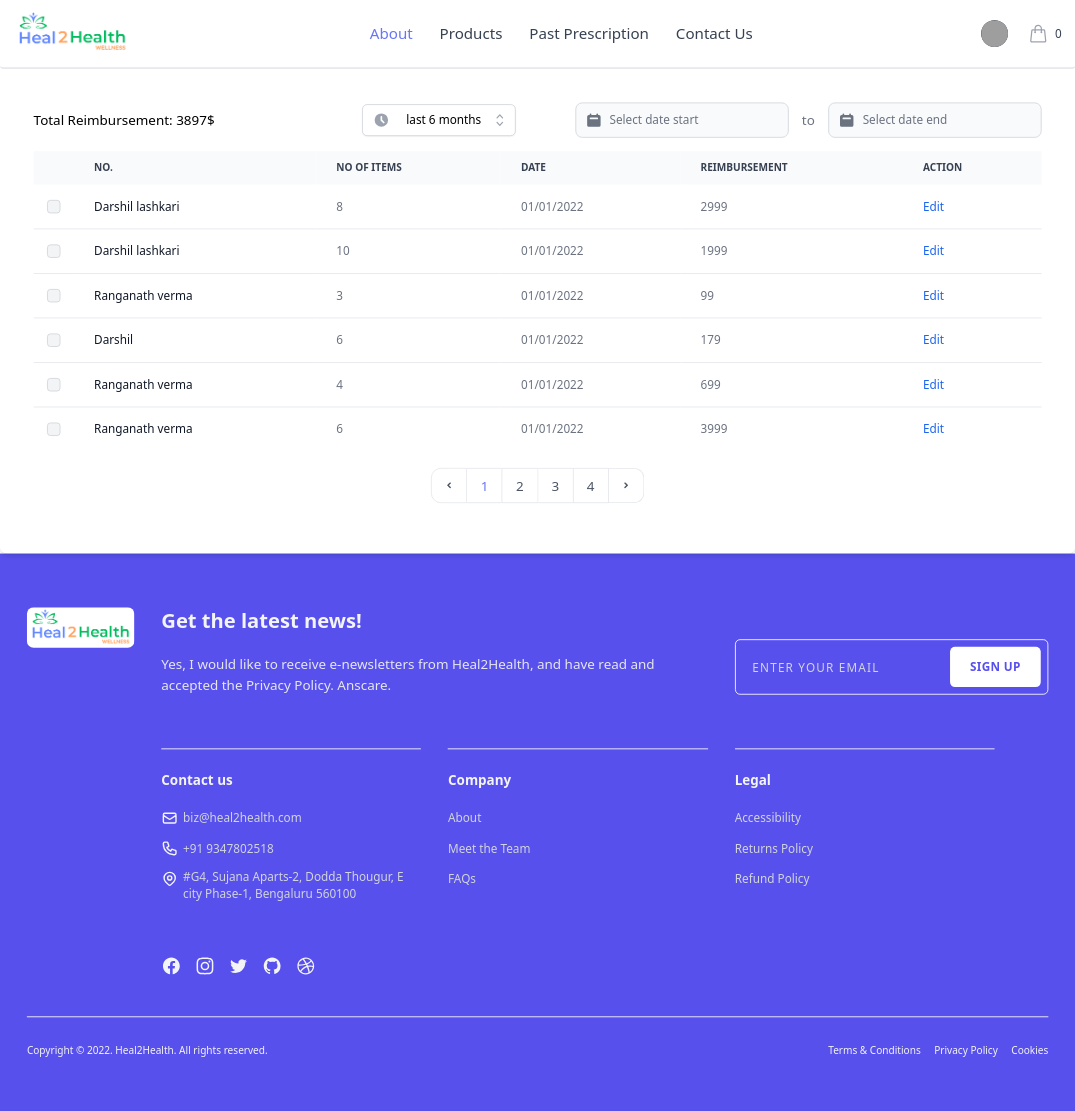
Repository: Akash123-coder/H2H
Page: /pastprescription (app in Frontend/)
These files come from the project's save history. The page is drawn as it stood at one moment and after the next save; the edit follows.
The browser window is 1280 px wide. The pictures show the whole page, at 84% of full size.
Pictures or frames that could not be fetched are drawn as grey boxes. The project was rebuilt for these pictures with package versions that can differ from the ones it lists, and the page was loaded fresh each time. Also part of the build but not shown: Frontend/vite.config.ts, Frontend/src/pages/About.tsx, Frontend/src/components/Cta.jsx, Frontend/src/pages/Home.jsx, Frontend/src/components/Product.tsx, Frontend/src/pages/Prescription.jsx, Frontend/src/pages/SignUp.jsx, Frontend/src/pages/Login.jsx and 1 more.

Above is the page before, as saved 2022-10-04 13:29:34.

### Frontend/index.html
<!DOCTYPE html>
<html lang="en">
  <head>
    <meta charset="UTF-8" />
    <link rel="icon" type="image/svg+xml" href="/vite.svg" />
    <meta name="viewport" content="width=device-width, initial-scale=1.0" />
    <title>Heal2Health</title>
  </head>
  <body>
    <div id="root"></div>
    <script type="module" src="/src/main.tsx"></script>
  </body>
</html>

### Frontend/src/main.tsx
import React from 'react'
import ReactDOM from 'react-dom/client'
import App from './App'
import './index.css'
import {BrowserRouter} from 'react-router-dom'

ReactDOM.createRoot(document.getElementById('root') as HTMLElement).render(
  <React.StrictMode>
    <BrowserRouter>
    <App />
    </BrowserRouter>
  </React.StrictMode>
)

### Frontend/src/App.jsx
import { Routes, Route } from "react-router-dom";
import Navbar from "./components/Navbar.jsx";
import { ShoppingCartProvider } from "./context/ShoppingCartContext";
import About from "./pages/About";
import Home from "./pages/Home";
import Prescription from "./pages/Prescription";
import SignUp from "./pages/SignUp";
import Footer from "./components/Footer";
import Login from "./pages/Login";
import Cart from "./pages/Cart";
import CompanyNameSelect from "./pages/CompanyNameSelect.jsx";
import PastPrescription from "./pages/PastPrescription.jsx";

function App() {
  return (
    <ShoppingCartProvider>
      <Navbar />
      <Routes>
        <Route path="/" element={<Home />} />
        <Route path="/prescription" element={<Prescription />} />
        <Route path="/about" element={<About />} />
        <Route path="/login" element={<Login />} />
        <Route path="/SignUp" element={<SignUp />} />
        <Route path="/pastprescription" element={<PastPrescription />} />
        {/* <Route path="/SignUp" element={<CompanyNameSelect />} /> */}
      </Routes>
      <Footer />
    </ShoppingCartProvider>
  );
}

export default App;

### Frontend/src/context/ShoppingCartContext.tsx
import {useContext ,useState, createContext ,ReactNode} from 'react'

const ShoppingCartContext = createContext({})

type ShoppingCartProviderProps ={
    children: ReactNode
}
type CartItem = {
    id: number
    quantity:number
}


type ShoppingCartContext ={
    CartQuantity:number
    CartItems:CartItem[]
    getItemQuantity:(id: number) => number
    increaseItemQuantity:(id: number) => void
    decreaseItemQuantity:(id: number) => void
    removeFromCart:(id: number) => void
}

export function useShoppingCart() {
  return ( useContext(ShoppingCartContext)
  )
}

export function ShoppingCartProvider({children}:ShoppingCartProviderProps){
    const [cartItems ,setCartItems] = useState<CartItem>([]);

    const CartQuantity = cartItems.reduce(
        (quantity ,item) => item.quantity + quantity,0
    )

    function getItemQuantity(id : number){
        return cartItems.find( item => item.id === id)?.quantity || 0
    }
    function increaseItemQuantity(id : number){
         setCartItems(currItems =>{
            if(currItems.find(item => item.id === id)==null){
                return [...currItems, {id , quantity : 1}]

            } else {
                return currItems.map(item =>{
                    if(item.id === id ){
                        return {...item ,quantity: item.quantity + 1}
                    }else{
                        return item
                    }
                })
            }
         })
    }
    function decreaseItemQuantity(id: number) {
        setCartItems(currItems => {
          if (currItems.find(item => item.id === id)?.quantity === 1) {
            return currItems.filter(item => item.id !== id)
          } else {
            return currItems.map(item => {
              if (item.id === id) {
                return { ...item, quantity: item.quantity - 1 }
              } else {
                return item
              }
            })
          }
        })
      }
    function removeFromCart(id : number){
        setCartItems(currItems =>{
            return currItems.filter(item =>item.id!==id)
        })
    }
    return (

        <ShoppingCartContext.Provider value = {{getItemQuantity,increaseItemQuantity,decreaseItemQuantity ,removeFromCart,cartItems,CartQuantity}}>
            {children}
        </ShoppingCartContext.Provider>
    )
}

### Frontend/src/pages/PastPrescription.jsx
import React from 'react'
import DatePickercomp from '../components/DatePickercomp';
import Select from '../components/Select';

function PastPrescription() {
  return (
    <div>
      <div class="overflow-x-auto relative shadow-md sm:rounded-lg p-10">
        <div class="flex justify-between items-center pb-4">
          <div className="relative">
            <div
              id="table-Reimbursement"
              class="flex flex-nowrap items-center pl-10 w-80 text-sm text-gray-900 bg-gray-50 rounded-lg focus:ring-blue-500 focus:border-blue-500 dark:bg-gray-700 dark:border-gray-600 dark:placeholder-gray-400 dark:text-white dark:focus:ring-blue-500 dark:focus:border-blue-500"
            />
            Total Reimbursement: 3897$
          </div>
          <Select />
          <DatePickercomp />
        </div>
        <table class="w-full text-sm text-left text-gray-500 dark:text-gray-400">
          <thead class="text-xs text-gray-700 uppercase bg-gray-50 dark:bg-gray-700 dark:text-gray-400">
            <tr>
              <th scope="col" class="p-4">
                <div class="flex items-center">
                  <label for="checkbox-all-search" class="sr-only">
                    checkbox
                  </label>
                </div>
              </th>
              <th scope="col" class="py-3 px-6">
                No.
              </th>
              <th scope="col" class="py-3 px-6">
                No of items
              </th>
              <th scope="col" class="py-3 px-6">
                Date
              </th>
              <th scope="col" class="py-3 px-6">
                Reimbursement
              </th>
              <th scope="col" class="py-3 px-6">
                Action
              </th>
            </tr>
          </thead>
          <tbody>
            <tr class="bg-white border-b dark:bg-gray-800 dark:border-gray-700 hover:bg-gray-50 dark:hover:bg-gray-600">
              <td class="p-4 w-4">
                <div class="flex items-center">
                  <input
                    id="checkbox-table-search-1"
                    type="checkbox"
                    class="w-4 h-4 text-blue-600 bg-gray-100 rounded border-gray-300 focus:ring-blue-500 dark:focus:ring-blue-600 dark:ring-offset-gray-800 focus:ring-2 dark:bg-gray-700 dark:border-gray-600"
                  />
                  <label for="checkbox-table-search-1" class="sr-only">
                    checkbox
                  </label>
                </div>
              </td>
              <th
                scope="row"
                class="py-4 px-6 font-medium text-gray-900 whitespace-nowrap dark:text-white"
              >
                Darshil lashkari
              </th>
              <td class="py-4 px-6">8</td>
              <td class="py-4 px-6">01/01/2022</td>
              <td class="py-4 px-6">2999</td>
              <td class="py-4 px-6">
                <a
                  href="#"
                  class="font-medium text-blue-600 dark:text-blue-500 hover:underline"
                >
                  Edit
                </a>
              </td>
            </tr>
            <tr class="bg-white border-b dark:bg-gray-800 dark:border-gray-700 hover:bg-gray-50 dark:hover:bg-gray-600">
              <td class="p-4 w-4">
                <div class="flex items-center">
                  <input
                    id="checkbox-table-search-2"
                    type="checkbox"
                    class="w-4 h-4 text-blue-600 bg-gray-100 rounded border-gray-300 focus:ring-blue-500 dark:focus:ring-blue-600 dark:ring-offset-gray-800 focus:ring-2 dark:bg-gray-700 dark:border-gray-600"
                  />
                  <label for="checkbox-table-search-2" class="sr-only">
                    checkbox
                  </label>
                </div>
              </td>
              <th
                scope="row"
                class="py-4 px-6 font-medium text-gray-900 whitespace-nowrap dark:text-white"
              >
                Darshil lashkari
              </th>
              <td class="py-4 px-6">10</td>
              <td class="py-4 px-6">01/01/2022</td>
              <td class="py-4 px-6">1999</td>
              <td class="py-4 px-6">
                <a
                  href="#"
                  class="font-medium text-blue-600 dark:text-blue-500 hover:underline"
                >
                  Edit
                </a>
              </td>
            </tr>
            <tr class="bg-white border-b dark:bg-gray-800 dark:border-gray-700 hover:bg-gray-50 dark:hover:bg-gray-600">
              <td class="p-4 w-4">
                <div class="flex items-center">
                  <input
                    id="checkbox-table-search-3"
                    type="checkbox"
                    class="w-4 h-4 text-blue-600 bg-gray-100 rounded border-gray-300 focus:ring-blue-500 dark:focus:ring-blue-600 dark:ring-offset-gray-800 focus:ring-2 dark:bg-gray-700 dark:border-gray-600"
                  />
                  <label for="checkbox-table-search-3" class="sr-only">
                    checkbox
                  </label>
                </div>
              </td>
              <th
                scope="row"
                class="py-4 px-6 font-medium text-gray-900 whitespace-nowrap dark:text-white"
              >
                Ranganath verma
              </th>
              <td class="py-4 px-6">3</td>
              <td class="py-4 px-6">01/01/2022</td>
              <td class="py-4 px-6">99</td>
              <td class="py-4 px-6">
                <a
                  href="#"
                  class="font-medium text-blue-600 dark:text-blue-500 hover:underline"
                >
                  Edit
                </a>
              </td>
            </tr>
            <tr class="bg-white border-b dark:bg-gray-800 dark:border-gray-700 hover:bg-gray-50 dark:hover:bg-gray-600">
              <td class="p-4 w-4">
                <div class="flex items-center">
                  <input
                    id="checkbox-table-3"
                    type="checkbox"
                    class="w-4 h-4 text-blue-600 bg-gray-100 rounded border-gray-300 focus:ring-blue-500 dark:focus:ring-blue-600 dark:ring-offset-gray-800 focus:ring-2 dark:bg-gray-700 dark:border-gray-600"
                  />
                  <label for="checkbox-table-3" class="sr-only">
                    checkbox
                  </label>
                </div>
              </td>
              <th
                scope="row"
                class="py-4 px-6 font-medium text-gray-900 whitespace-nowrap dark:text-white"
              >
                Darshil
              </th>
              <td class="py-4 px-6">6</td>
              <td class="py-4 px-6">01/01/2022</td>
              <td class="py-4 px-6">179</td>
              <td class="py-4 px-6">
                <a
                  href="#"
                  class="font-medium text-blue-600 dark:text-blue-500 hover:underline"
                >
                  Edit
                </a>
              </td>
            </tr>
            <tr class="bg-white border-b dark:bg-gray-800 dark:border-gray-700 hover:bg-gray-50 dark:hover:bg-gray-600">
              <td class="p-4 w-4">
                <div class="flex items-center">
                  <input
                    id="checkbox-table-3"
                    type="checkbox"
                    class="w-4 h-4 text-blue-600 bg-gray-100 rounded border-gray-300 focus:ring-blue-500 dark:focus:ring-blue-600 dark:ring-offset-gray-800 focus:ring-2 dark:bg-gray-700 dark:border-gray-600"
                  />
                  <label for="checkbox-table-3" class="sr-only">
                    checkbox
                  </label>
                </div>
              </td>
              <th
                scope="row"
                class="py-4 px-6 font-medium text-gray-900 whitespace-nowrap dark:text-white"
              >
                Ranganath verma
              </th>
              <td class="py-4 px-6">4</td>
              <td class="py-4 px-6">01/01/2022</td>
              <td class="py-4 px-6">699</td>
              <td class="py-4 px-6">
                <a
                  href="#"
                  class="font-medium text-blue-600 dark:text-blue-500 hover:underline"
                >
                  Edit
                </a>
              </td>
            </tr>
            <tr class="bg-white dark:bg-gray-800 hover:bg-gray-50 dark:hover:bg-gray-600">
              <td class="p-4 w-4">
                <div class="flex items-center">
                  <input
                    id="checkbox-table-3"
                    type="checkbox"
                    class="w-4 h-4 text-blue-600 bg-gray-100 rounded border-gray-300 focus:ring-blue-500 dark:focus:ring-blue-600 dark:ring-offset-gray-800 focus:ring-2 dark:bg-gray-700 dark:border-gray-600"
                  />
                  <label for="checkbox-table-3" class="sr-only">
                    checkbox
                  </label>
                </div>
              </td>
              <th
                scope="row"
                class="py-4 px-6 font-medium text-gray-900 whitespace-nowrap dark:text-white"
              >
                Ranganath verma
              </th>
              <td class="py-4 px-6">6</td>
              <td class="py-4 px-6">01/01/2022</td>
              <td class="py-4 px-6">3999</td>
              <td class="py-4 px-6">
                <a
                  href="#"
                  class="font-medium text-blue-600 dark:text-blue-500 hover:underline"
                >
                  Edit
                </a>
              </td>
            </tr>
          </tbody>
        </table>
        <div class="px-5 bg-white py-5 flex flex-col xs:flex-row items-center xs:justify-between">
          <div class="flex items-center">
            <button
              type="button"
              class="w-full p-4 border text-base rounded-l-xl text-gray-600 bg-white hover:bg-gray-100"
            >
              <svg
                width="9"
                fill="currentColor"
                height="8"
                class=""
                viewBox="0 0 1792 1792"
                xmlns="http://www.w3.org/2000/svg"
              >
                <path d="M1427 301l-531 531 531 531q19 19 19 45t-19 45l-166 166q-19 19-45 19t-45-19l-742-742q-19-19-19-45t19-45l742-742q19-19 45-19t45 19l166 166q19 19 19 45t-19 45z"></path>
              </svg>
            </button>
            <button
              type="button"
              class="w-full px-4 py-2 border-t border-b text-base text-indigo-500 bg-white hover:bg-gray-100 "
            >
              1
            </button>
            <button
              type="button"
              class="w-full px-4 py-2 border text-base text-gray-600 bg-white hover:bg-gray-100"
            >
              2
            </button>
            <button
              type="button"
              class="w-full px-4 py-2 border-t border-b text-base text-gray-600 bg-white hover:bg-gray-100"
            >
              3
            </button>
            <button
              type="button"
              class="w-full px-4 py-2 border text-base text-gray-600 bg-white hover:bg-gray-100"
            >
              4
            </button>
            <button
              type="button"
              class="w-full p-4 border-t border-b border-r text-base  rounded-r-xl text-gray-600 bg-white hover:bg-gray-100"
            >
              <svg
                width="9"
                fill="currentColor"
                height="8"
                class=""
                viewBox="0 0 1792 1792"
                xmlns="http://www.w3.org/2000/svg"
              >
                <path d="M1363 877l-742 742q-19 19-45 19t-45-19l-166-166q-19-19-19-45t19-45l531-531-531-531q-19-19-19-45t19-45l166-166q19-19 45-19t45 19l742 742q19 19 19 45t-19 45z"></path>
              </svg>
            </button>
          </div>
        </div>
      </div>
    </div>
  );
}

export default PastPrescription

### Frontend/src/components/DatePickercomp.jsx
// import  React from "react";
// import TextField from "@mui/material/TextField";
// import Box from "@mui/material/Box";
// import { LocalizationProvider } from "@mui/x-date-pickers-pro";
// import { AdapterDayjs } from "@mui/x-date-pickers-pro/AdapterDayjs";
// import { DateRangePicker } from "@mui/x-date-pickers-pro/DateRangePicker";

// export default function BasicDateRangePicker() {
//   const [value, setValue] = React.useState([null, null]);

//   return (
//     <LocalizationProvider
//       dateAdapter={AdapterDayjs}
//       localeText={{ start: "Check-in", end: "Check-out" }}
//     >
//       <DateRangePicker
//         value={value}
//         onChange={(newValue) => {
//           setValue(newValue);
//         }}
//         renderInput={(startProps, endProps) => (
//           <React.Fragment>
//             <TextField {...startProps} />
//             <Box sx={{ mx: 2 }}> to </Box>
//             <TextField {...endProps} />
//           </React.Fragment>
//         )}
//       />
//     </LocalizationProvider>
//   );
// }

import React from 'react'

function DatePickercomp() {
  return (
    <div>
<div date-rangepicker="" class="flex items-center">
  <div class="relative">
    <div class="flex absolute inset-y-0 left-0 items-center pl-3 pointer-events-none">
        <svg aria-hidden="true" class="w-5 h-5 text-gray-500 dark:text-gray-400" fill="currentColor" viewBox="0 0 20 20" xmlns="http://www.w3.org/2000/svg"><path fill-rule="evenodd" d="M6 2a1 1 0 00-1 1v1H4a2 2 0 00-2 2v10a2 2 0 002 2h12a2 2 0 002-2V6a2 2 0 00-2-2h-1V3a1 1 0 10-2 0v1H7V3a1 1 0 00-1-1zm0 5a1 1 0 000 2h8a1 1 0 100-2H6z" clip-rule="evenodd"></path></svg>
    </div>
    <input name="start" type="text" class="bg-gray-50 border border-gray-300 text-gray-900 sm:text-sm rounded-lg focus:ring-blue-500 focus:border-blue-500 block w-full pl-10 p-2.5 dark:bg-gray-700 dark:border-gray-600 dark:placeholder-gray-400 dark:text-white dark:focus:ring-blue-500 dark:focus:border-blue-500 datepicker-input" placeholder="Select date start"/>
  </div>
  <span class="mx-4 text-gray-500">to</span>
  <div class="relative">
    <div class="flex absolute inset-y-0 left-0 items-center pl-3 pointer-events-none">
        <svg aria-hidden="true" class="w-5 h-5 text-gray-500 dark:text-gray-400" fill="currentColor" viewBox="0 0 20 20" xmlns="http://www.w3.org/2000/svg"><path fill-rule="evenodd" d="M6 2a1 1 0 00-1 1v1H4a2 2 0 00-2 2v10a2 2 0 002 2h12a2 2 0 002-2V6a2 2 0 00-2-2h-1V3a1 1 0 10-2 0v1H7V3a1 1 0 00-1-1zm0 5a1 1 0 000 2h8a1 1 0 100-2H6z" clip-rule="evenodd"></path></svg>
    </div>
    <input name="end" type="text" class="bg-gray-50 border border-gray-300 text-gray-900 sm:text-sm rounded-lg focus:ring-blue-500 focus:border-blue-500 block w-full pl-10 p-2.5 dark:bg-gray-700 dark:border-gray-600 dark:placeholder-gray-400 dark:text-white dark:focus:ring-blue-500 dark:focus:border-blue-500 datepicker-input" placeholder="Select date end"/>
</div>
</div>
</div>
  )
}

export default DatePickercomp

### Frontend/tailwind.config.cjs
/** @type {import('tailwindcss').Config} */
module.exports = {
  content: [
    "./src/**/*.{js,jsx,ts,tsx}",
    "node_modules/flowbite-react/**/*.{js,jsx,ts,tsx}",
  ],
  theme: {
    extend: {},
  },
  plugins: [require("flowbite/plugin"), require("@tailwindcss/forms")],
};

Loaded but not shown: Frontend/src/index.css (common file); Frontend/src/components/Footer.jsx (300 lines, source omitted); Frontend/src/pages/Cart.jsx (227 lines, source omitted); Frontend/src/components/Navbar.jsx (181 lines, source omitted); Frontend/src/components/Select.jsx (122 lines, source omitted)

After the next save:
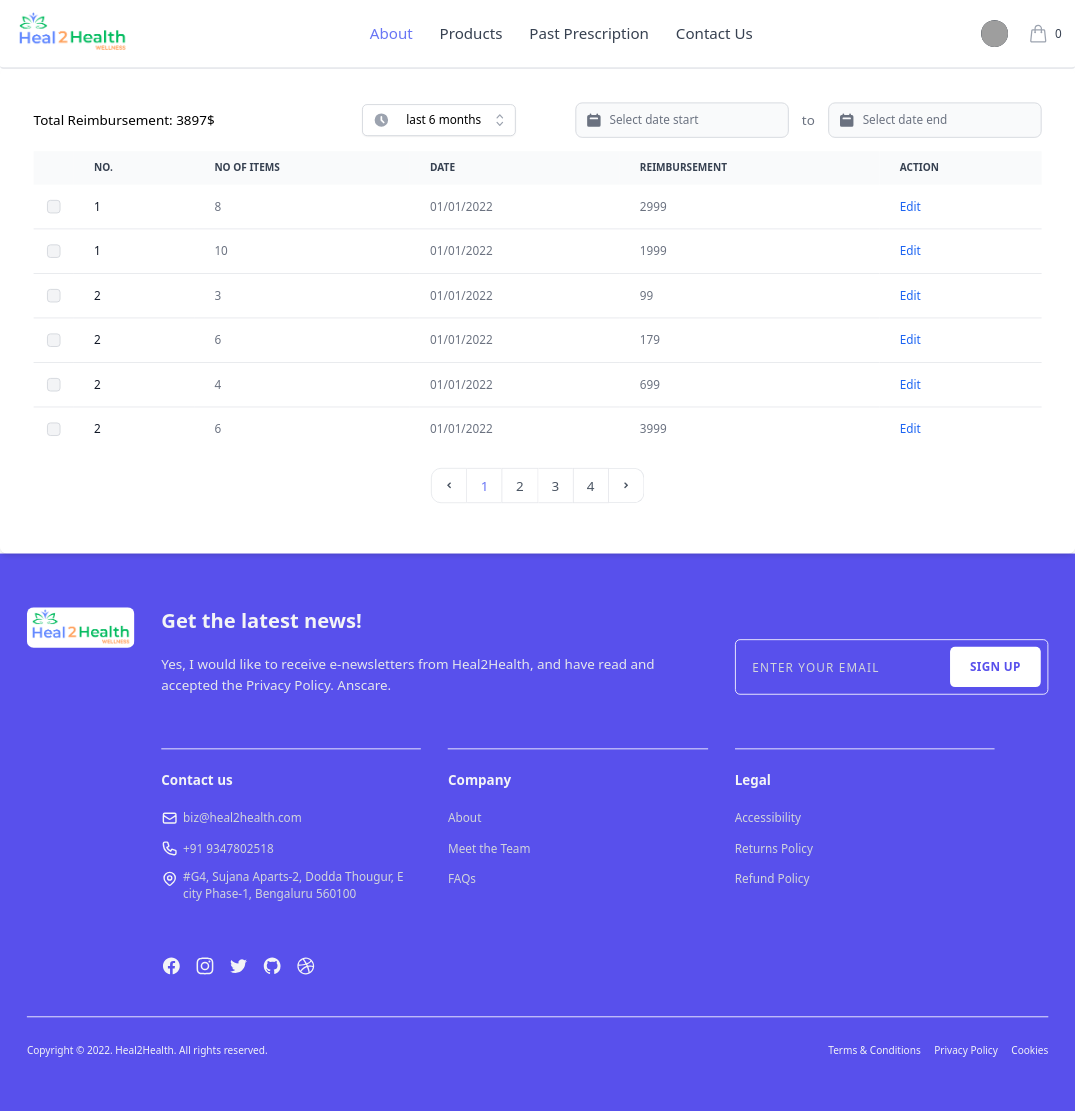
Saved 49 s later.
--- a/Frontend/src/pages/PastPrescription.jsx
+++ b/Frontend/src/pages/PastPrescription.jsx
@@ -62,7 +62,7 @@ function PastPrescription() {
                 scope="row"
                 class="py-4 px-6 font-medium text-gray-900 whitespace-nowrap dark:text-white"
               >
-                Darshil lashkari
+                1
               </th>
               <td class="py-4 px-6">8</td>
               <td class="py-4 px-6">01/01/2022</td>
@@ -93,7 +93,7 @@ function PastPrescription() {
                 scope="row"
                 class="py-4 px-6 font-medium text-gray-900 whitespace-nowrap dark:text-white"
               >
-                Darshil lashkari
+                1
               </th>
               <td class="py-4 px-6">10</td>
               <td class="py-4 px-6">01/01/2022</td>
@@ -124,7 +124,7 @@ function PastPrescription() {
                 scope="row"
                 class="py-4 px-6 font-medium text-gray-900 whitespace-nowrap dark:text-white"
               >
-                Ranganath verma
+                2
               </th>
               <td class="py-4 px-6">3</td>
               <td class="py-4 px-6">01/01/2022</td>
@@ -155,7 +155,7 @@ function PastPrescription() {
                 scope="row"
                 class="py-4 px-6 font-medium text-gray-900 whitespace-nowrap dark:text-white"
               >
-                Darshil
+                2
               </th>
               <td class="py-4 px-6">6</td>
               <td class="py-4 px-6">01/01/2022</td>
@@ -186,7 +186,7 @@ function PastPrescription() {
                 scope="row"
                 class="py-4 px-6 font-medium text-gray-900 whitespace-nowrap dark:text-white"
               >
-                Ranganath verma
+                2
               </th>
               <td class="py-4 px-6">4</td>
               <td class="py-4 px-6">01/01/2022</td>
@@ -217,7 +217,7 @@ function PastPrescription() {
                 scope="row"
                 class="py-4 px-6 font-medium text-gray-900 whitespace-nowrap dark:text-white"
               >
-                Ranganath verma
+                2
               </th>
               <td class="py-4 px-6">6</td>
               <td class="py-4 px-6">01/01/2022</td>
